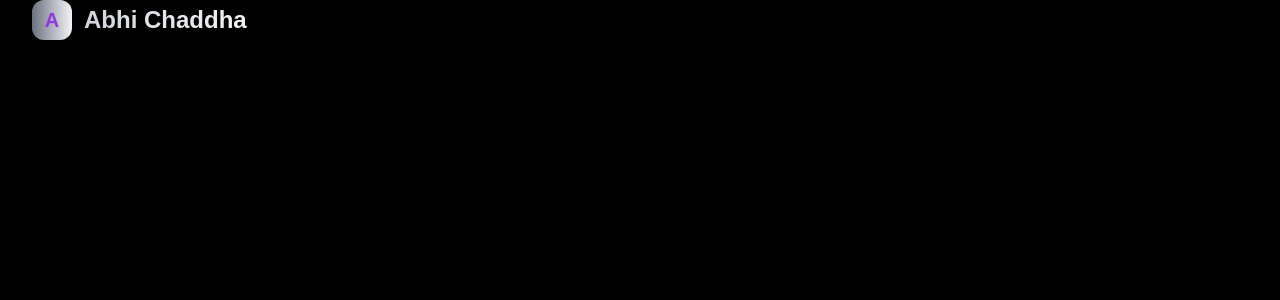
Repository: 532ab/portfolio-website
Page: /
These files come from the project's save history. The page is drawn as it stood at one moment and after the next save; the edit follows.
The browser window is 1280 px wide. The pictures show the whole page.
The project was rebuilt for these pictures with package versions that can differ from the ones it lists, and the page was loaded fresh each time. Also part of the build but not shown: vite.config.js.

Above is the page before, as saved 2026-01-24 19:14:21.

### src/index.css
@tailwind base;
@tailwind components;
@tailwind utilities;

body {
  overflow-x: hidden;
  font-family: Arial, Helvetica, sans-serif;
  margin: 0;
  padding: 0;
  width: 100%;
  position: relative;
  background-color: black;
  color: white;

}

### src/App.jsx
import Header from "./components/Header"

export default function App() {
  return (
    <>
      <Header />
    </>
  )
}

### src/components/Header.jsx


const Header = () => {
  return (
    <header className="absolute w-full z-50 transition-all duration-300">
        <div className = "container mx-auto px-4 sm:px-6 lg:px-8 flex items-center justify-between">
            {/* Logo/Name */}
            <div className = "flex items-center">
                <div className = "h-10 w-10 rounded-xl bg-gradient-to-r from-gray-500 to-gray-100 flex items-center justify-center text-purple-600 font-bold text-xl mr-3">
                    A
                </div>

                <span className = "text-2xl font-bold bg-gradient-to-r from-gray-300 to-gray-100 bg-clip-text text-transparent">
                    Abhi Chaddha
                </span>

            </div>
        </div>
    </header>
  )
}

export default Header

Loaded but not shown: index.html (common file); src/main.jsx (common file); tailwind.config.js (common file)

After the next save:
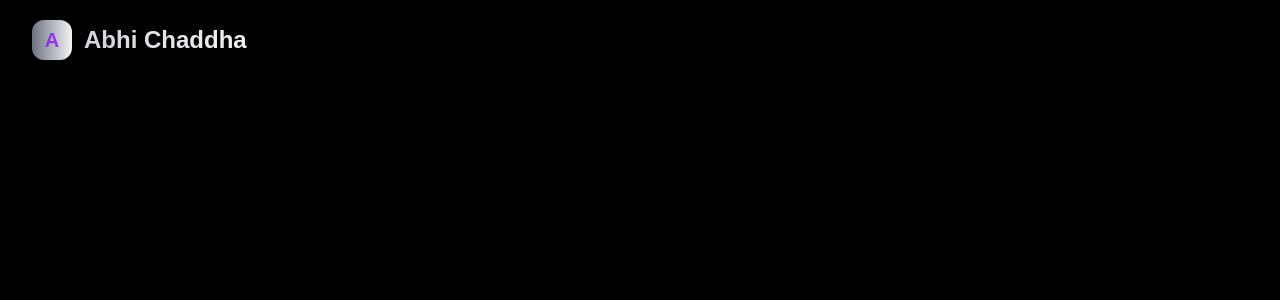
Saved 30 s later.
--- a/src/components/Header.jsx
+++ b/src/components/Header.jsx
@@ -3,7 +3,7 @@
 const Header = () => {
   return (
     <header className="absolute w-full z-50 transition-all duration-300">
-        <div className = "container mx-auto px-4 sm:px-6 lg:px-8 flex items-center justify-between">
+        <div className = "container mx-auto px-4 sm:px-6 lg:px-8 flex items-center justify-between h-16 md:h-20">
             {/* Logo/Name */}
             <div className = "flex items-center">
                 <div className = "h-10 w-10 rounded-xl bg-gradient-to-r from-gray-500 to-gray-100 flex items-center justify-center text-purple-600 font-bold text-xl mr-3">
